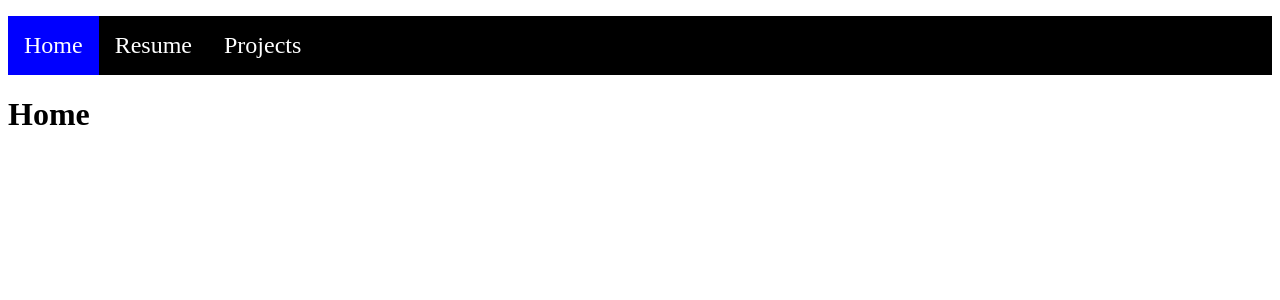
Repository: ChristianCain/ChristianCain.github.io
Page: index.html
The author's editor kept a record of every edit. The page is drawn from the files as they stood at one moment, then again after the next edit.
The browser window is 1280 px wide. The pictures show the whole page.

Above is the page before.

### index.html
<!DOCTYPE html>
<html>
    <head>
        <title>Home</title>
        <style>
          .navbar{
            list-style: none;
            background-color: black;
            overflow: hidden;
            padding: 0;
            }


            .navbar a, .dropdown div{
                text-decoration: none;
                color: white;
                font-size: 24px;
                padding: 16px;
                display: inline-block;

            }
            .navbar li{
                float: left;
            }

            .navbar li:hover{
                background-color:pink;
            }

            .dropdown-content{
                list-style: none;
                padding: 0;
                display: none;
                position: absolute;
                z-index: 1;
                background-color: black;

            }

            .dropdown-content li{
                float: none;
            }

            .dropdown:hover .dropdown-content{
                display: block;
            }

            .active{
                background-color: blue;
            }


        </style>



    </head>
    <body>
        <ul class="navbar">
            <li class="active"><a href="./">Home</a></li>
            <li><a href="resume.html">Resume</a></li>
            <li class = "dropdown"</li>
                <div>Projects</div>
                <ul class="dropdown-content">
                    <li><a href="#">Project 1</a></li>
                    <li><a href="#">Project 2</a></li>
                    <li><a href="#">Project 3</a></li>

                </ul>


        </ul>

        <h1>Home</h1>


    </body>
</html>

### style.css



            .navbar{
            list-style: none;
            background-color: gray;
            overflow: hidden;
            padding: 0;
            }


            .navbar a, .dropdown div{
                text-decoration: none;
                color: white;
                font-size: 24px;
                padding: 16px;
                display: inline-block;

            }

            .navbar li{
                float: left;
            }

            .navbar li:hover{
                background-color:pink;
            }

            .dropdown-content{
                list-style: none;
                padding: 0;
                display: none;
                position: absolute;
                z-index: 1;
                background-color: black;

            }

            .dropdown-content li{
                float: none;
            }

            .dropdown:hover .dropdown-content{
                display: block;
            }

            .active{
                background-color: blue;
            }

            .fontnone{
                font-style: none;
            }

            .spacing{
                padding: 0px;
            }

After the next edit:
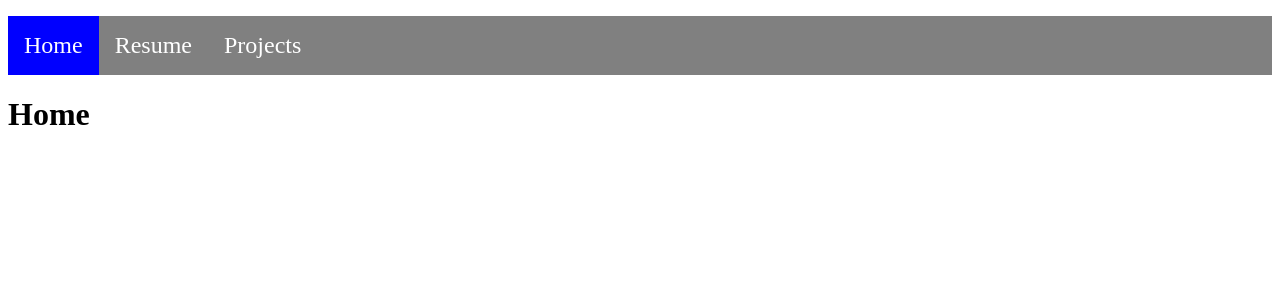
The edit:
--- a/index.html
+++ b/index.html
@@ -1,58 +1,10 @@
 <!DOCTYPE html>
 <html>
     <head>
+
         <title>Home</title>
-        <style>
-          .navbar{
-            list-style: none;
-            background-color: black;
-            overflow: hidden;
-            padding: 0;
-            }
 
-
-            .navbar a, .dropdown div{
-                text-decoration: none;
-                color: white;
-                font-size: 24px;
-                padding: 16px;
-                display: inline-block;
-
-            }
-            .navbar li{
-                float: left;
-            }
-
-            .navbar li:hover{
-                background-color:pink;
-            }
-
-            .dropdown-content{
-                list-style: none;
-                padding: 0;
-                display: none;
-                position: absolute;
-                z-index: 1;
-                background-color: black;
-
-            }
-
-            .dropdown-content li{
-                float: none;
-            }
-
-            .dropdown:hover .dropdown-content{
-                display: block;
-            }
-
-            .active{
-                background-color: blue;
-            }
-
-
-        </style>
-
-
+        <link rel="stylesheet" type="text/css" href="style.css">
 
     </head>
     <body>
